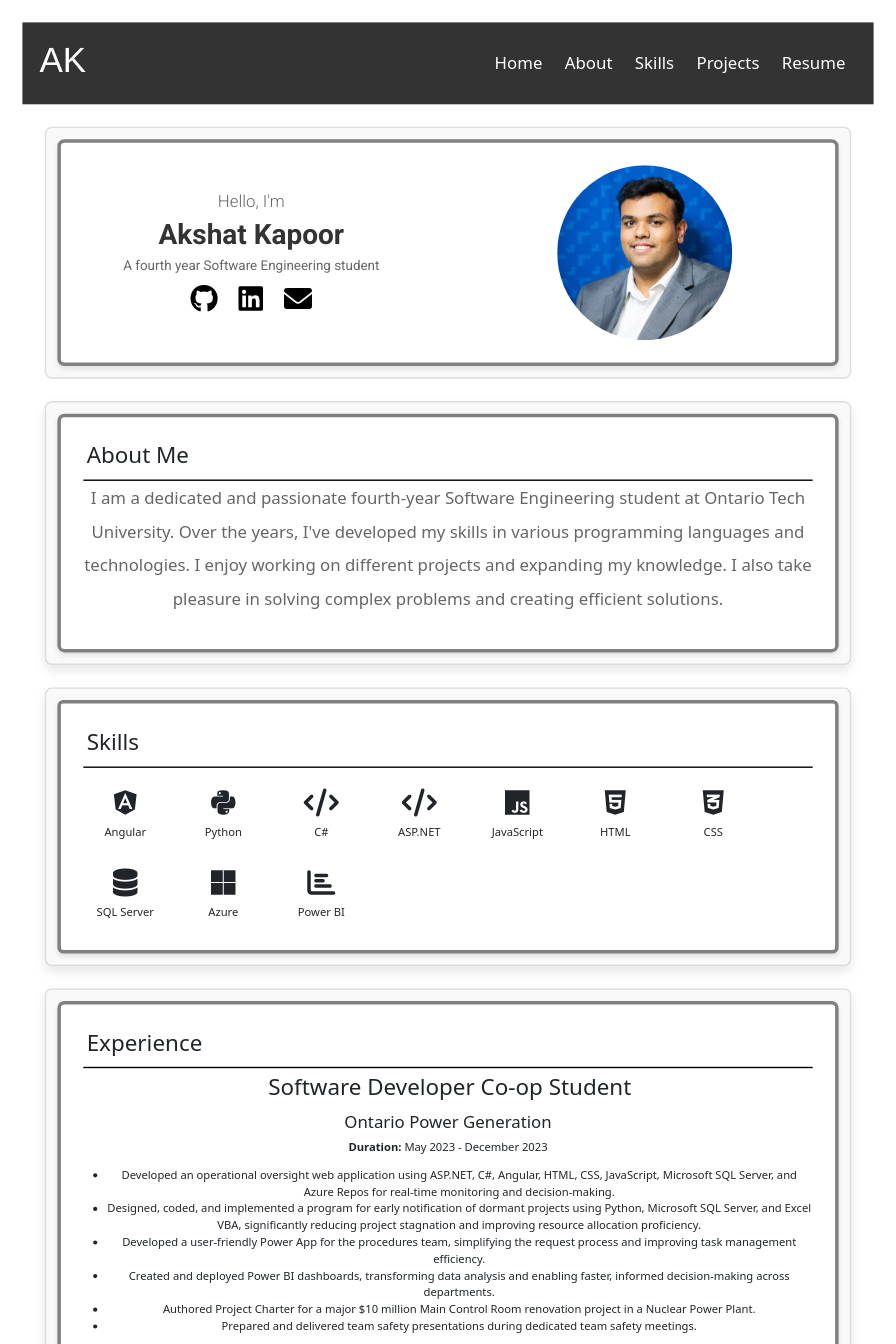
Repository: AkshatKapo/My-Portfolio
Page: /
The author's editor kept a copy of each file at every save. The page is drawn from the files as they stood at one save, then again after a run of saves.
The browser window is 1280 px wide. The pictures show the part of the page from y = 0 to 1920 px (the page is 3289 px tall before and 3313 px after), at 70% of full size.
The project was rebuilt for these pictures with package versions that can differ from the ones it lists, and the page was loaded fresh each time. Also part of the build but not shown: vite.config.js.

Above is the page before, as saved 2024-06-19 08:59:26.

### index.html
<!DOCTYPE html>
<html lang="en">
  <head>
    <meta charset="UTF-8" />
    <link rel="stylesheet" href="https://cdnjs.cloudflare.com/ajax/libs/font-awesome/6.0.0-beta3/css/all.min.css">
    <link rel="stylesheet" href="https://maxcdn.bootstrapcdn.com/bootstrap/4.5.2/css/bootstrap.min.css">

    <meta name="viewport" content="width=device-width, initial-scale=1.0" />
    <title>Vite + React</title>
  </head>
  <body>
    <div id="root"></div>
    <script type="module" src="/src/main.jsx"></script>
  </body>
</html>

### src/main.jsx
import React from 'react'
import ReactDOM from 'react-dom/client'
import App from './App'
import './index.css'
import 'bootstrap/dist/css/bootstrap.min.css';


ReactDOM.createRoot(document.getElementById('root')).render(
  <React.StrictMode>
    <App />
  </React.StrictMode>,
)

### src/App.jsx
import { useEffect } from 'react';
import './App.css';
import Header from './components/Header';
import Home from './components/Home';
import About from './components/About';
import Experience from './components/Experience'; // Corrected import path
import Projects from './components/projects';
import Contact from './components/Contact';
import Skill from './components/skill'
function App() {
  useEffect(() => {
    function reveal() {
      let reveals = document.querySelectorAll(".reveal");// stores all the elements with class reveal into an array

      for (var i = 0; i < reveals.length; i++) { // iterates through reveals array, takes the each element with class reveals
        let windowHeight = window.innerHeight; // gets the height of the view port
        let elementTop = reveals[i].getBoundingClientRect().top;// gets the postion of the element relative to the view port
        let sectionHeight = reveals[i].offsetHeight;// calculates the hieght of the element
        let elementVisible = windowHeight - elementTop > 0 ? windowHeight - elementTop : 0;// calculates the porton  of the element visible(Dstance between the top of the view port  and bottom of visible part of  the element)
        let visibilityRatio = elementVisible / sectionHeight; // Fraction of the element visible

        if (visibilityRatio > 0.5) {  // if the visibility ratio is greater than half then it will make it visible
          reveals[i].classList.add("active");// add class actve to the element to make it visible
        } else { // if its less than 0.5 than it wll not display it or remove the class
          reveals[i].classList.remove("active");
        }
      }
    }

    window.addEventListener("scroll", reveal);// Add scroll as event listenere because wewe want to dsplay elements as user scrolls down

    // Call reveal initially to check the visibility of elements when the component mounts
    reveal();

    // Cleanup function to remove event listener when component unmounts
    return () => {
      window.removeEventListener("scroll", reveal);
    };
  }, []);


  return (
    <div>
      <Header />
      <Home />
      <About />
      <Skill />
      <Experience />
      <Projects />
      <Contact />

    </div>
  );
}

export default App;

/*
Mount: useEffect runs, reveal function defined and called, scroll event listener added.
Scroll: Each scroll triggers the reveal function to recalculate and update element visibility.
Unmount: Cleanup function removes the scroll event listener.
*/

### src/index.css
body {
    font-family: 'Segoe UI', Tahoma, Geneva, Verdana, sans-serif;
    background-color: red;
    color:black;
    margin: 0;
    padding: 0;
  }

### src/App.css
#root {
  max-width: 1280px;
  margin: 0 auto;
  padding: 2rem;
  text-align: center;

}
.reveal {
  opacity: 0;
  transform: translateY(100px);
  transition: opacity 0.6s ease-out, transform 0.6s ease-out;
}

.reveal.active {
  opacity: 1;
  transform: translateY(0);
}

### src/components/Header.jsx
import React from 'react'
import './Header.css'

const Header = () => {
  return (
    <header>
      <h1 className='title'>AK</h1>
      <nav>
        <ul>
          <li><a href="#home">Home</a></li>
          <li><a href="#about">About</a></li>
          <li><a href="#skills">Skills</a></li>
          <li><a href="#projects">Projects</a></li>
          <li><a href="/Akshat_Kapoor_Resume.pdf">Resume</a></li>
        </ul>
      </nav>
    </header>
  )
}

export default Header

### src/components/Home.jsx
import React from "react";
import "./Home.css";

const Home = () => {
  return (
    <div className="reveal">
      <section id="home">
        <div className="home-content">
          <div className="text-content">
            <h3>Hello, I'm</h3>
            <h1>Akshat Kapoor</h1>
            <h4>A fourth year Software Engineering student</h4>
            <div className="social-icons">
              <a href="https://github.com/yourusername" target="_blank" rel="noopener noreferrer">
                <i className="fab fa-github"></i>
              </a>
              <a href="https://www.linkedin.com/in/yourusername" target="_blank" rel="noopener noreferrer">
                <i className="fab fa-linkedin"></i>
              </a>
              <a href="mailto:youremail@gmail.com" target="_blank" rel="noopener noreferrer">
                <i className="fas fa-envelope"></i>
              </a>
            </div>
          </div>
          <div id="line1"></div>
          <div className="image-content">
            <img
              src="/assets/images/1666144074188.jpeg"
              alt="Akshat Kapoor"
              className="profile-image"
            />
          </div>
        </div>
      </section>
    </div>
  );
};

export default Home;

### src/components/About.jsx
import React from 'react';
import './About.css';

function About() {
  return (
    <div className='reveal'>
      <section id="about">
        <div id='about-content'>
         <h2>About Me</h2>
         <div className='seperator'>


         </div>
         <p>I am a dedicated and passionate fourth-year Software Engineering student at Ontario Tech University. Over the years, I've developed my skills in various programming languages and technologies. I enjoy working on different projects and expanding my knowledge. I also take pleasure in solving complex problems and creating efficient solutions. </p>
        </div>
      </section>
    </div>
  );
}

export default About;

### src/components/Experience.jsx
import React from 'react'
import './Experience.css'

const Experience = () => {
  return (
    <div className="reveal">
      <section id="experience">
        <div id="experience-content">
          <h2>Experience</h2>
          <div className="divider1"></div>
          <div>
            <h3>Software Developer Co-op Student</h3>
            <h4>Ontario Power Generation</h4>
            <p>
              <strong>Duration:</strong> May 2023 - December 2023
            </p>
            <ul>
              <li>Developed an operational oversight web application using ASP.NET, C#, Angular, HTML, CSS, JavaScript, Microsoft SQL Server, and Azure Repos for real-time monitoring and decision-making.</li>
              <li>Designed, coded, and implemented a program for early notification of dormant projects using Python, Microsoft SQL Server, and Excel VBA, significantly reducing project stagnation and improving resource allocation proficiency.</li>
              <li>Developed a user-friendly Power App for the procedures team, simplifying the request process and improving task management efficiency.</li>
              <li>Created and deployed Power BI dashboards, transforming data analysis and enabling faster, informed decision-making across departments.</li>
              <li>Authored Project Charter for a major $10 million Main Control Room renovation project in a Nuclear Power Plant.</li>
              <li>Prepared and delivered team safety presentations during dedicated team safety meetings.</li>
            </ul>
          </div>
        </div>
      </section>
    </div>
  )
}

export default Experience

### src/components/Contact.jsx
import React from "react";
import "./Contact.css";

const Contact = () => {
  return (
    <div className="reveal">
      <footer id="footer">
        <div className="footer-content">
          <ul className="footer-icons">
            <li>
              <a
                href="https://github.com/yourusername"
                target="_blank"
                rel="noopener noreferrer"
              >
                <i className="fab fa-github"></i>
              </a>
            </li>
            <li>
              <a
                href="https://www.linkedin.com/in/yourusername"
                target="_blank"
                rel="noopener noreferrer"
              >
                <i className="fab fa-linkedin"></i>
              </a>
            </li>
            <li>
              <a
                href="mailto:youremail@gmail.com"
                target="_blank"
                rel="noopener noreferrer"
              >
                <i className="fas fa-envelope"></i>
              </a>
            </li>
          </ul>

        </div>
        <p className="footer-copy">© 2024 Akshat Kapoor</p>
      </footer>
    </div>
  );
};

export default Contact;

### src/components/skill.jsx
import React from 'react'
import './skill.css'

const skills = [
    { name: "Angular", icon: "fab fa-angular" },
    { name: "Python", icon: "fab fa-python" },
    { name: "C#", icon: "fas fa-code" },
    { name: "ASP.NET", icon: "fas fa-code" },
    { name: "JavaScript", icon: "fab fa-js" },
    { name: "HTML", icon: "fab fa-html5" },
    { name: "CSS", icon: "fab fa-css3-alt" },
    { name: "SQL Server", icon: "fas fa-database" },
    { name: "Azure", icon: "fab fa-microsoft" },
    { name: "Power BI", icon: "fas fa-chart-bar" },
  ];

function skill() {
  return (
    <div className="reveal">
      <section id="skills">
        <div className="skills-content">
          <h2>Skills</h2>
          <div className="separator"></div>
          <div className="skills-list">
            {skills.map((skill) => (
              <div className="skill" key={skill.name}>
                <i className={skill.icon}></i>
                <p>{skill.name}</p>
              </div>
            ))}
          </div>
        </div>
      </section>
    </div>
  )
}

export default skill

### src/components/Header.css
header {
  background-color: #333;
  color: white;
  padding: 2%;
  display: flex;
  justify-content: space-between;
  align-items: center;

    /* text-align: center; */
  }
  .title {
    font-family: 'Helvetica', sans-serif;
    font-size: 50px;
    background:white;
    -webkit-background-clip: text;
    color: transparent;
  }


  nav ul {
    list-style-type: none;
    padding: 0;
    margin: 0;
    display: flex;
  }

  nav ul li {
    margin: 0 1rem;
  }

  nav ul li a {
    color: white;
    text-decoration: none;
    font-size: 150%;
  }

### src/components/Home.css
 @import url('https://fonts.googleapis.com/css2?family=Roboto:wght@300;400;700&display=swap');

#home {
  padding: 1rem;
  display: flex;
  justify-content: center;
  align-items: center;
  background-color: #f9f9f9;
  border: 2px solid #ddd; /* Light border */
  border-radius: 10px; /* Rounded corners */
  margin: 2rem; /* Margin to ensure it doesn’t touch the edges of the container */
}

.home-content {
  display: flex;
  align-items: center;
  width: 100%;
  max-width: 1200px; /* Adjust the max-width as needed */
  background: #fff; /* Background for the content */
  padding: 2rem; /* Padding around the content */
  box-shadow: 0 4px 8px rgba(0, 0, 0, 0.1); /* Shadow for styling */
  border-radius: 10px; /* Rounded corners */
  border: 5px solid grey;

}

#line1 {
  border-left: 2px solid black;
  height: auto; /* Set to auto to match the height of the content */
  margin: 0 2rem; /* Adjust as needed to create space around the line */
}
.text-content {
  flex: 1;
  padding-right: 1rem;
  font-family: 'Roboto', sans-serif;
}

.text-content h2 {
  font-size: 2.5rem; /* Adjust the font size as needed */
  font-weight: 900;
  color: #333;
  margin-bottom: 1rem;
}
.text-content h3 {
  font-size: 1.5rem; /* Adjust the font size as needed */
  font-weight: 300;
  color: #666;
  margin-bottom: 0.5rem;
}

.text-content h1 {
  font-size: 2.5rem; /* Adjust the font size as needed */
  font-weight: 700;
  color: #333;
  margin-bottom: 0.5rem;
}
.text-content h4 {
  font-size: 1.2rem; /* Adjust the font size as needed */
  font-weight: 400;
  color: #666;
  margin-bottom: 1rem;
}


.text-content p {
  font-size: 1rem; /* Adjust the font size as needed */
  line-height: 1.6; /* Adjust the line height as needed */
  color: #666;
  font-weight: 300;
}

.image-content {
  flex: 1;
  display: flex;
  justify-content: center;
}

.profile-image {
  width: 250px;
  height: 250px;
  border-radius: 50%;
  object-fit: cover;
}

.social-icons {
  display: flex;
  gap: 30px; /* Adjust the spacing between icons */
  justify-content: center;
}

.social-icons a {
  color: #000; /* Change the color if needed */
  text-decoration: none;
}

.social-icons .icon {
  width: 40px; /* Adjust the size of the icons */
  height: 40px; /* Adjust the size of the icons */
}

.social-icons i {
  font-size: 40px; /* Adjust the size of the font-awesome icons */
}

/* Add hover effect if desired */
.social-icons a:hover {
  opacity: 0.7; /* Example hover effect */
}

### src/components/About.css

#about {
  padding: 1rem;
  display: flex;
  background-color: #f9f9f9;
  border: 2px solid #ddd; /* Light border */
  border-radius: 10px; /* Rounded corners */
  box-shadow: 0 8px 16px rgba(0, 0, 0, 0.1); /* Shadow for depth */
  margin: 2rem; /* Margin to ensure it doesn’t touch the edges of the container */



}
#about-content {
  display: table-column;
  justify-content: space-between;
  width: 100%;
  max-width: 1200px; /* Adjust the max-width as needed */
  background: #fff; /* Background for the content */
  padding: 2rem; /* Padding around the content */
  box-shadow: 0 4px 8px rgba(0, 0, 0, 0.1); /* Shadow for styling */
  border-radius: 10px; /* Rounded corners */
  border: 5px solid grey

}


#about h2 {
  font-size: 2rem;
  text-align: left; /* This will align the heading to the left */
  margin-bottom: 1rem; /* Adding some space between the heading and the paragraph */
  margin-top: 0.2rem;
  margin-left: 0.3rem;


}
.seperator {
  border-top: 2px solid black;
  width: 100%; /* Adjust as needed */
  margin: 20px 3; /* Adjust as needed */
}

#about p {
  font-size: 1.5rem; /* Adjust the font size as needed */
  line-height: 2; /* Adjust the line height as needed */
  color: #666;
  font-weight: 300;
  }

### src/components/Experience.css
#experience {
  padding: 1rem;
  display: flex;
  background-color: #f9f9f9;
  border: 2px solid #ddd; /* Light border */
  border-radius: 10px; /* Rounded corners */
  box-shadow: 0 8px 16px rgba(0, 0, 0, 0.1); /* Shadow for depth */
  margin: 2rem; /* Margin to ensure it doesn’t touch the edges of the container */
  }
  #experience-content{
    display: table-column;
    justify-content: space-between;
    width: 100%;
    max-width: 1200px; /* Adjust the max-width as needed */
    background: #fff; /* Background for the content */
    padding: 2rem; /* Padding around the content */
    box-shadow: 0 4px 8px rgba(0, 0, 0, 0.1); /* Shadow for styling */
    border-radius: 10px; /* Rounded corners */
    border: 5px solid grey;
  }
  #experience h2 {
    font-size: 2rem;
    text-align: left; /* This will align the heading to the left */
    margin-bottom: 1rem; /* Adding some space between the heading and the paragraph */
    margin-top: 0.2rem;
    margin-left: 0.3rem;

  }
  .divider1 {
    border-top: 2px solid black;
    width: 100%; /* Adjust as needed */
    margin: 20px 3; /* Adjust as needed */
  }
  #experience h3 {
    font-size: 2rem;
    text-align: center;
    margin-bottom: 1rem; /* Adding some space between the heading and the paragraph */
    margin-top: 0.5rem;
    margin-left: 0.3rem;

  }
  .experience-content ul {
    list-style-type: disc; /* or another type of bullet, like circle or square */
    margin-left: 20px;
  }

  .experience-content li {
    margin-bottom: 10px;
  }

### src/components/Contact.css
#footer {
  background-color: #333;
  padding: 1rem 0;
  text-align: center;
  color: white;
}

.footer-content {
  display: flex;
  justify-content: center;
  align-items: center;
  margin-bottom: 1rem;
}

.footer-icons {
  list-style: none;
  padding: 0;
  margin: 0;
  text-align: center;
}

.footer-icons li {
  display: inline-block;
  margin: 0 20px; /* Increased margin for more gap between icons */
}

.footer-icons li a {
  color: grey; /* Change color as needed */
  font-size: 40px; /* Adjust size as needed */
  text-decoration: none;
}

.footer-icons li a:hover {
  color: #007bff; /* Change color on hover as needed */
}
.footer-copy {
  margin-top: 1rem;
  font-size: 16px;
  color: #aaa;
}

### src/components/skill.css
#skills {
  padding: 1rem;
  display: flex;
  background-color: #f9f9f9;
  border: 2px solid #ddd; /* Light border */
  border-radius: 10px; /* Rounded corners */
  box-shadow: 0 8px 16px rgba(0, 0, 0, 0.1); /* Shadow for depth */
  margin: 2rem; /* Margin to ensure it doesn’t touch the edges of the container */
}

.skills-content {
  display: table-column;
  justify-content: space-between;
  width: 100%;
  max-width: 1200px; /* Adjust the max-width as needed */
  background: #fff; /* Background for the content */
  padding: 2rem; /* Padding around the content */
  box-shadow: 0 4px 8px rgba(0, 0, 0, 0.1); /* Shadow for styling */
  border-radius: 8px; /* Rounded corners */
  border: 5px solid grey
}

.skills-list {
  display: flex;
  flex-wrap: wrap;
  gap: 20px;
  align-items: center;
}

#skills h2 {
  font-size: 2rem;
  text-align: left; /* This will align the heading to the left */
  margin-bottom: 1rem; /* Adding some space between the heading and the paragraph */
  margin-top: 0.2rem;
  margin-left: 0.3rem;
}

.skill {
  display: flex;
  flex-direction: column;
  align-items: center;
  width: 100px;
  margin: 10px;
}

.skill i {
  font-size: 40px;
  margin-bottom: 10px;
}

.skill p {
  font-size: 16px;
  margin: 0;
}

.separator {
  height: 2px;
  width: 100%; /* Set to 100% to fill the parent container */
  background-color: #000;
  margin: 10px auto 20px;
}

Loaded but not shown: src/components/projects.jsx (79 lines, source omitted); src/components/projects.css (103 lines, source omitted)

After the next 2 saves:
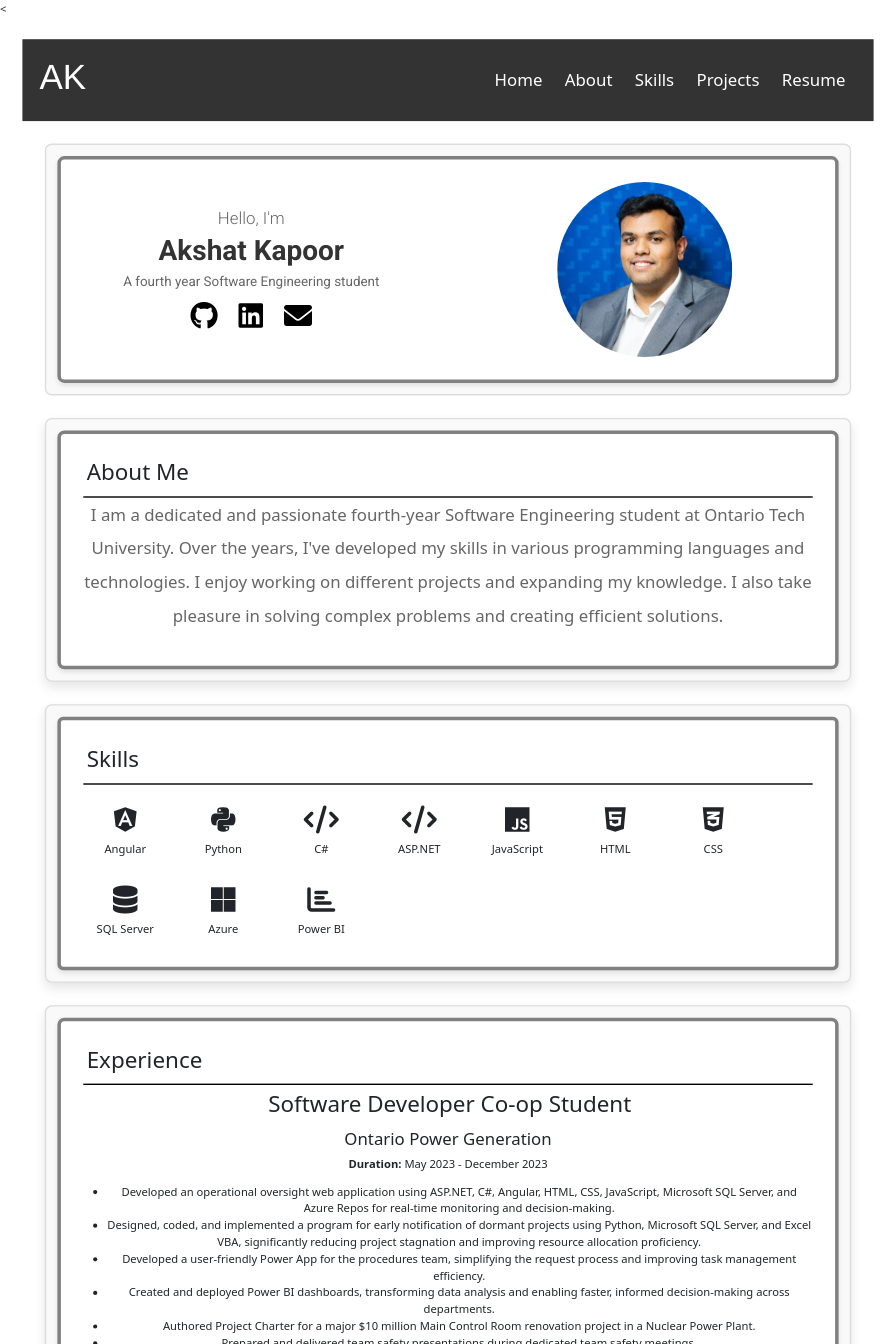
The 2 saves are shown as one change because they came seconds apart.
The last was saved 2 min 32 s later.
--- a/index.html
+++ b/index.html
@@ -4,6 +4,7 @@
     <meta charset="UTF-8" />
     <link rel="stylesheet" href="https://cdnjs.cloudflare.com/ajax/libs/font-awesome/6.0.0-beta3/css/all.min.css">
     <link rel="stylesheet" href="https://maxcdn.bootstrapcdn.com/bootstrap/4.5.2/css/bootstrap.min.css">
+    <
 
     <meta name="viewport" content="width=device-width, initial-scale=1.0" />
     <title>Vite + React</title>

After the 5 saves that followed:
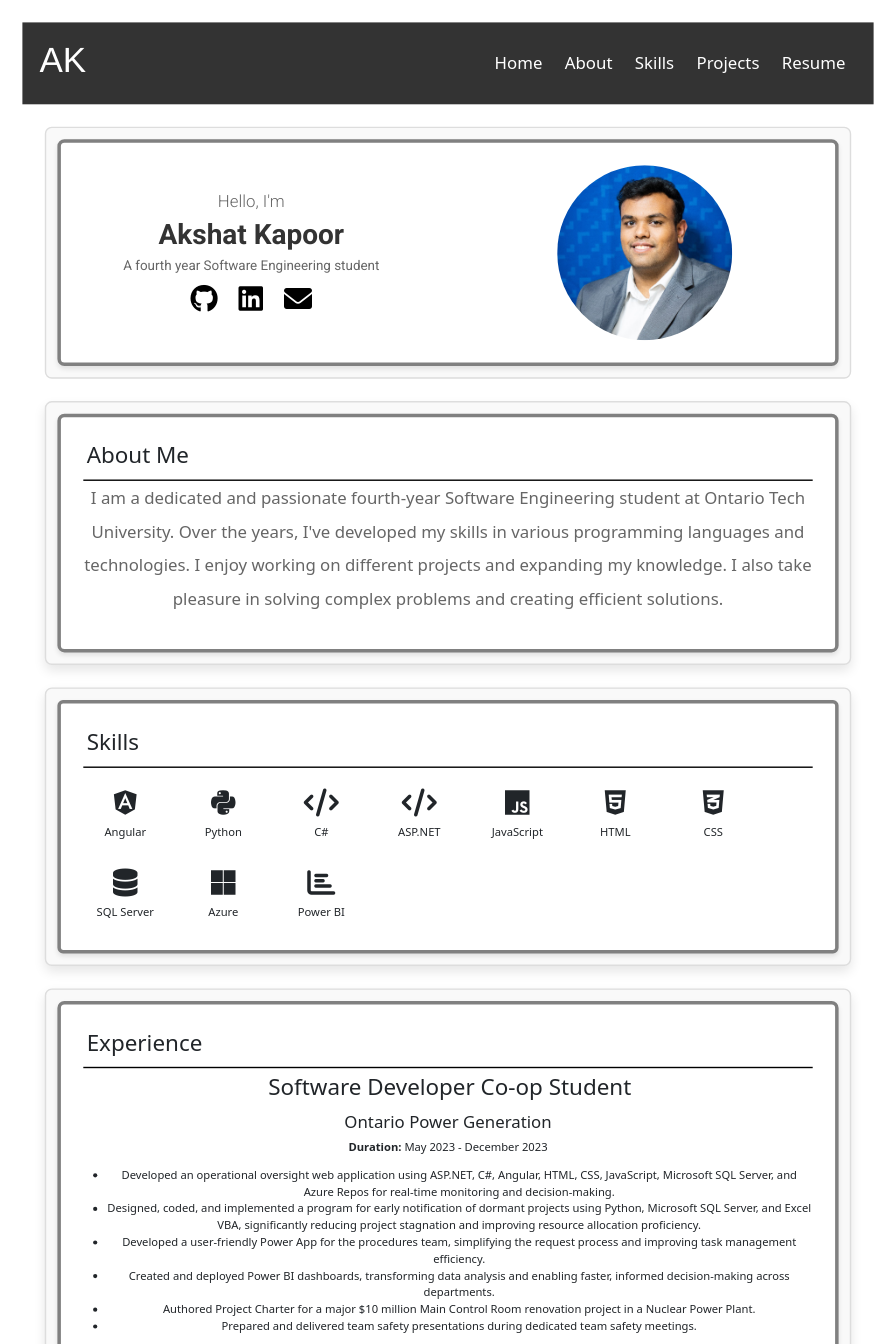
The 5 saves are shown as one change because they came seconds apart.
The last was saved 12 s later.
--- a/index.html
+++ b/index.html
@@ -4,7 +4,7 @@
     <meta charset="UTF-8" />
     <link rel="stylesheet" href="https://cdnjs.cloudflare.com/ajax/libs/font-awesome/6.0.0-beta3/css/all.min.css">
     <link rel="stylesheet" href="https://maxcdn.bootstrapcdn.com/bootstrap/4.5.2/css/bootstrap.min.css">
-    <
+    <link rel="stylesheet" href=""
 
     <meta name="viewport" content="width=device-width, initial-scale=1.0" />
     <title>Vite + React</title>
